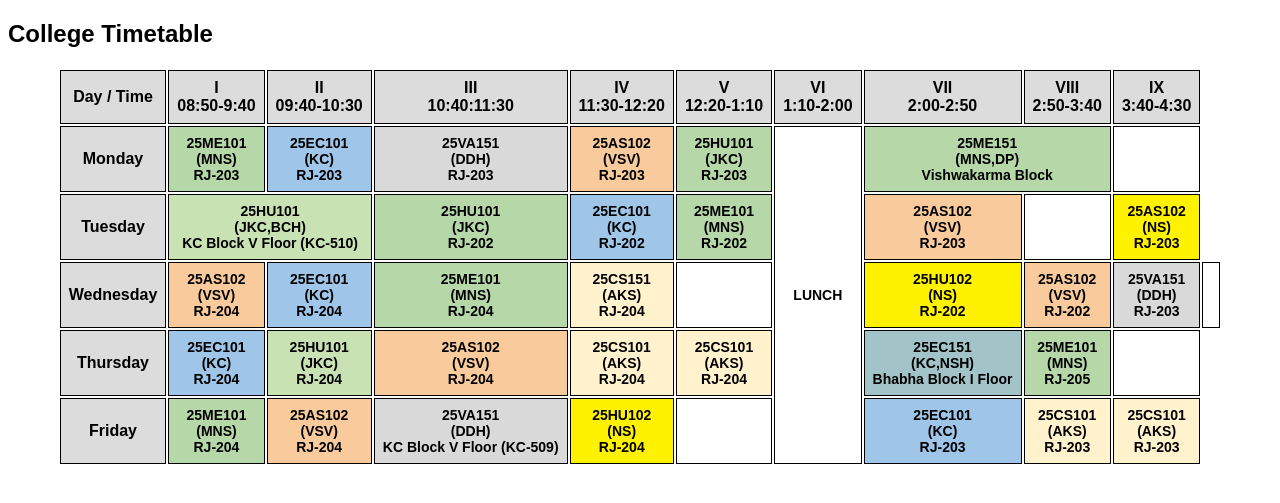
Repository: Glory998/ELCE1-32
Page: experiment3.html
An editor plug-in stored every save of this project. The page is shown before and after the next save, followed by the edit.
The browser window is 1280 px wide. The pictures show the whole page.

Above is the page before, as saved 2025-10-25 01:27:11.

### experiment3.html
<!DOCTYPE html>
<html lang="en">
    <head>
        <meta charset="UTF"-8>
        <meta name="viewport"
        content="width=device-width,
        initial-scale=1.0">
        <title>Class Timetable</title>
        <style>
            body {
                font-family: Arial, sans-serif;
                text-align: center
                background-color: #f9f9f9;
            }
            table {
                width: 100%
                border-collapse: collapse;
            margin: 20px auto;
            }
            th, td {
                border: 1px solid #000;
                padding: 8px;
                text-align: center;
            }
            th {
                background-color: #dcdcdc;
            }
            td {
                font-size: 14px;
                font-weight: bold;
            }
            /* Subject Color */
            .green { background-color:
                #b6d7a8; }  /* MNS */
                .blue { background-color:
                    #9fc5e8; }  /* KC */
                    .orange {  background-color:
            #f9cb9c; }  /* VSV */
            .yellow { background-color:
                #fff200; }  /* NS */
                .lightgreen { background-color:
                    #c9e2b3; }  /* Mentor/mentee */
                    .grey { background-color:
                        #d9d9d9; }  /* DDH */
                        .cream { background-color:
                            #fff2cc; }  /* AKS */
                            .lightblue { background-color:
                                #a2c4c9; }  /* Lab blocks */
                                </style>
                                </head>
                                <body>

                                    <h2>College Timetable</h2>

                                    <table>
                                        <tr>
                                            <th>Day / Time</th>
                                            <th>I<br>08:50-9:40</th>
                                            <th>II<br>09:40-10:30</th>
                                            <th>III<br>10:40:11:30</th>
                                            <th>IV<br>11:30-12:20</th>
                                            <th>V<br>12:20-1:10</th>
                                            <th>VI<br>1:10-2:00</th>
                                            <th>VII<br>2:00-2:50</th>
                                            <th>VIII<br>2:50-3:40</th>
                                            <th>IX<br>3:40-4:30</th>
                                            </tr>

                                            <tr>
                                                <th>Monday</th>
                                                <td
                                                class="green">25ME101<br>(MNS)<br>RJ-203</td>
                                                <td
                                                class="blue">25EC101<br>(KC)<br>RJ-203</td>
                                                <td
                                                class="grey">25VA151<br>(DDH)<br>RJ-203</td>
                                                <td
                                                class="orange">25AS102<br>(VSV)<br>RJ-203</td>
                                                <td
                                                class="green">25HU101<br>(JKC)<br>RJ-203</td>
                                                <td rowspan="5">LUNCH</td>
                                                <td colspan="2"
                                                class="green">25ME151<br>(MNS,DP)<br>Vishwakarma Block</td>
                                             <td></td>
                                             </tr>

                                                <tr>
                                                <th>Tuesday</th>
                                                <td colspan="2"
                                                class="lightgreen">25HU101<br>(JKC,BCH)<br>KC Block V Floor (KC-510)</td>
                                                <td
                                                class="green">25HU101<br>(JKC)<br>RJ-202</td>
                                                <td
                                                class="blue">25EC101<br>(KC)<br>RJ-202</td>
                                                <td
                                                class="green">25ME101<br>(MNS)<br>RJ-202</td>
                                                <td
                                                class="orange">25AS102<br>(VSV)<br>RJ-203</td>
                                            <td></td>
                                            <td
                                            class="yellow">25AS102<br>(NS)<br>RJ-203</td>
                                             </tr>

                                            <tr>
                                                <th>Wednesday</th>
                                                <td
                                                class="orange">25AS102<br>(VSV)<br>RJ-204</td>
                                                <td
                                                class="blue">25EC101<br>(KC)<br>RJ-204</td>
                                                <td
                                                class="green">25ME101<br>(MNS)<br>RJ-204</td>
                                                <td
                                                class="cream">25CS151<br>(AKS)<br>RJ-204</td>
                                                <td></td>
                                                <td
                                                class="yellow">25HU102<br>(NS)<br>RJ-202</td>
                                                <td
                                                class="orange">25AS102<br>(VSV)<br>RJ-202</td>
                                                <td
                                                class="grey">25VA151<br>(DDH)<br>RJ-203</td>
                                                <td></td>
                                                </tr>
                                                <th>Thursday</th>
                                                <td
                                                class="blue">25EC101<br>(KC)<br>RJ-204</td>
                                                <td
                                                class="lightgreen">25HU101<br>(JKC)<br>RJ-204</td>
                                                <td
                                                class="orange">25AS102<br>(VSV)<br>RJ-204</td>
                                                <td
                                                class="cream">25CS101<br>(AKS)<br>RJ-204</td>
                                                <td
                                                class="cream">25CS101<br>(AKS)<br>RJ-204</td>
                                                <td
                                                class="lightblue">25EC151<br>(KC,NSH)<br>Bhabha Block I Floor</td>
                                                <td
                                                class="green">25ME101<br>(MNS)<br>RJ-205</td>
                                                <td></td>
                                            </tr>

                                            <tr>
                                                <th>Friday</th>
                                                <td
                                                class="green">25ME101<br>(MNS)<br>RJ-204</td>
                                                <td
                                                class="orange">25AS102<br>(VSV)<br>RJ-204</td>
                                                <tD
                                                class="grey">25VA151<br>(DDH)<br>KC Block V Floor (KC-509)</td>
                                                <td
                                                class="yellow">25HU102<br>(NS)<br>RJ-204</td>
                                                <td></td>
                                                <td
                                                class="blue">25EC101<br>(KC)<br>RJ-203</td>
                                                <td
                                                class="cream">25CS101<br>(AKS)<br>RJ-203</td>
                                                <td
                                                class="cream">25CS101<br>(AKS)<br>RJ-203</td>
                                                </tr>
                                                </table>

                                            </body>
                                            </html>

After the next save:
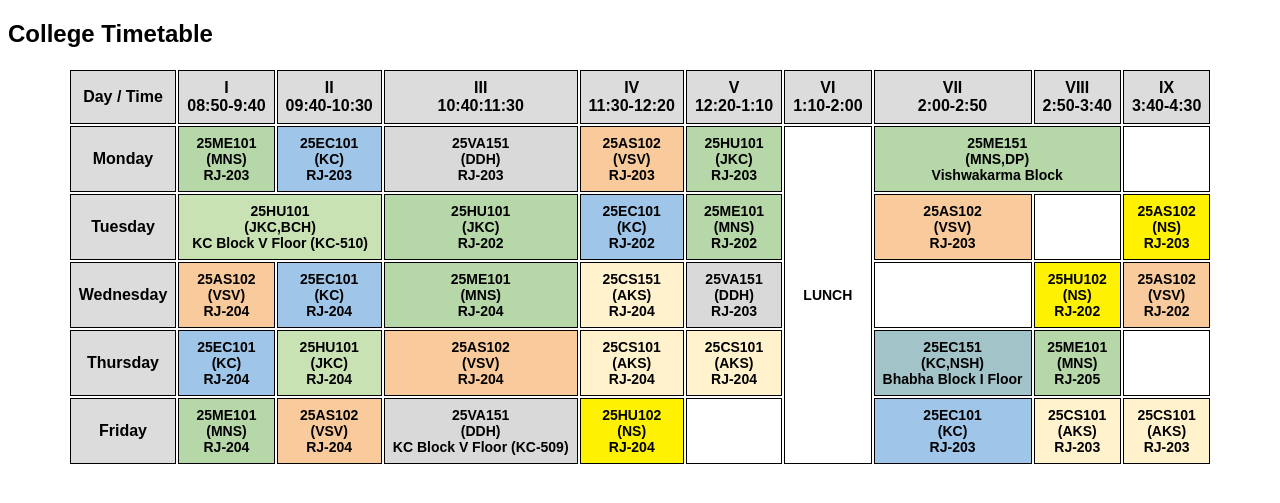
Saved 3 min 23 s later.
--- a/experiment3.html
+++ b/experiment3.html
@@ -111,15 +111,16 @@
                                                 class="green">25ME101<br>(MNS)<br>RJ-204</td>
                                                 <td
                                                 class="cream">25CS151<br>(AKS)<br>RJ-204</td>
+                                                <td
+                                                 class="grey">25VA151<br>(DDH)<br>RJ-203</td>
                                                 <td></td>
                                                 <td
                                                 class="yellow">25HU102<br>(NS)<br>RJ-202</td>
                                                 <td
                                                 class="orange">25AS102<br>(VSV)<br>RJ-202</td>
-                                                <td
-                                                class="grey">25VA151<br>(DDH)<br>RJ-203</td>
-                                                <td></td>
-                                                </tr>
+                                             </tr>
+
+                                             <tr>
                                                 <th>Thursday</th>
                                                 <td
                                                 class="blue">25EC101<br>(KC)<br>RJ-204</td>
